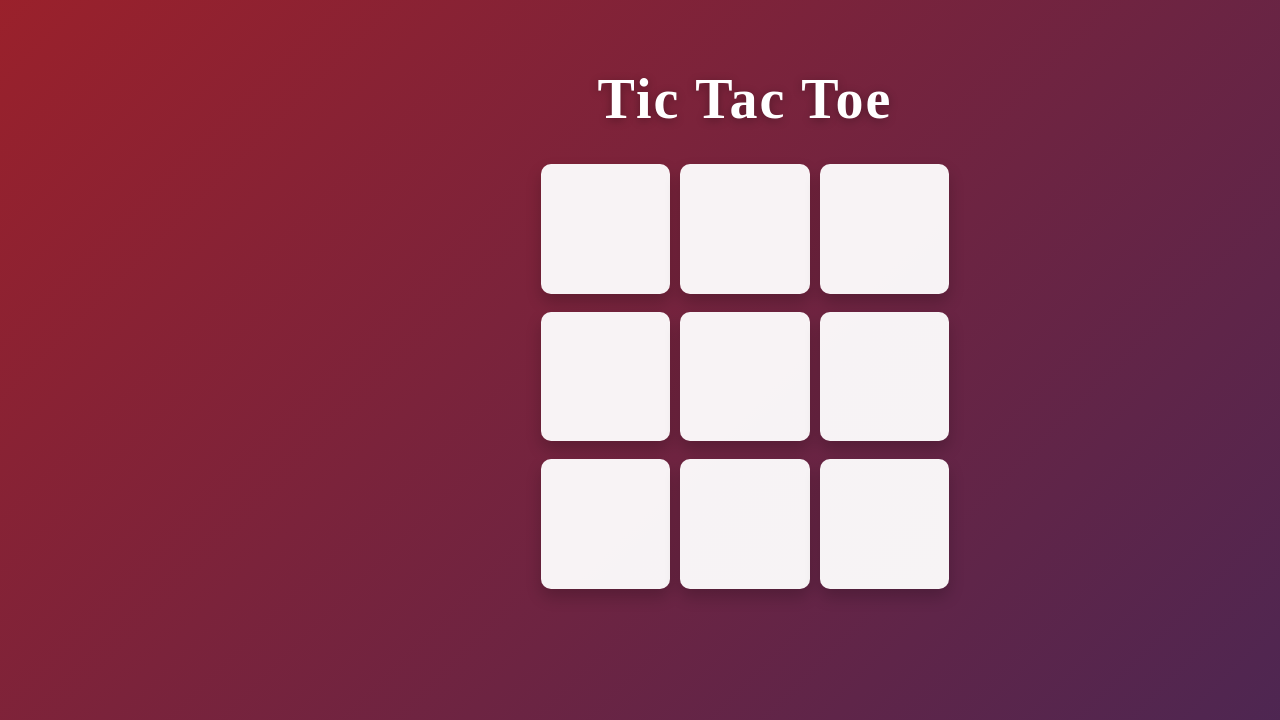
Repository: AreezAnsari/Tic-Tac-Toe
Page: Game/Game.html
These files come from the project's save history. The page is drawn as it stood at one moment and after the next save; the edit follows.
The browser window is 1280 px wide. The pictures show the whole page.

Above is the page before, as saved 2025-07-22 07:08:56.
Console error: TypeError: box.addEventListener is not a function

### Game/Game.html
<!DOCTYPE html>
<html lang="en">
<head>
    <meta charset="UTF-8">
    <meta name="viewport" content="width=device-width, initial-scale=1.0">
    <title>Document</title>
    <link rel="stylesheet" href="Game.css">
</head>
<body>
  <div class="msg-container hide">
    <p class="msg">Winner</p>
    <button class="new-btn">New Game</button>
  </div>

  <main>
    <div class="container">
      <h1>Tic Tac Toe</h1>

      <div class="game">
        <button class="box"></button>
        <button class="box"></button>
        <button class="box"></button>
        <button class="box"></button>
        <button class="box"></button>
        <button class="box"></button>
        <button class="box"></button>
        <button class="box"></button>
        <button class="box"></button>
      </div>

      <button class="reset-btn hide">Reset</button>
    </div>
  </main>

  <script src="Game.js"></script>
</body>

</html>

### Game/Game.css
* {
  margin: 0;
  padding: 0;
  box-sizing: border-box;
}

body {
    margin: 0;
    padding: 0;
    display: flex;
    align-items: center;
    justify-content: center;
    min-height: 100vh;
    background: linear-gradient(135deg, #1a2a6c, #b21f1f, #1a2a6c);
    background-size: 400% 400%;
    animation: gradientBG 15s ease infinite;
}

@keyframes gradientBG {
    0% { background-position: 0% 50%; }
    50% { background-position: 100% 50%; }
    100% { background-position: 0% 50%; }
}

h1 {
    color: #ffffff;
    margin: 10px 0 30px;
    font-size: 3.5rem;
    text-shadow: 0 2px 10px rgba(0,0,0,0.3);
    letter-spacing: 2px;
}

.container {
    margin-top: 30px; /* Controls top space */
    width: 100%;
    max-width: 600px;
    display: flex;
    flex-direction: column;
    align-items: center; /* ✅ This centers the inner content horizontally */
    justify-content: center;
}

.game {
    height: 60vmin;
    width: 60vmin;
    max-width: 500px;
    max-height: 500px;
    gap: 10px;
    display: flex;
    flex-wrap: wrap;
    align-items: center;
    justify-content: center;
    margin: 0 auto 30px;
    perspective: 1000px;
}

.box {
    background: rgba(255, 255, 255, 0.95);
    height: 18vmin;
    width: 18vmin;
    font-weight: bold;
    font-size: 5rem;
    border: none;
    border-radius: 10px;
    box-shadow: 0 8px 16px rgba(0, 0, 0, 0.2);
    cursor: pointer;
    transition: all 0.3s cubic-bezier(0.175, 0.885, 0.32, 1.275);
    color: #2c3e50;
    display: flex;
    align-items: center;
    justify-content: center;
}

.box:hover {
    transform: translateY(-5px) scale(1.05);
    box-shadow: 0 12px 20px rgba(0, 0, 0, 0.3);
    background: #ffffff;
}

.box:active {
    transform: scale(0.95);
}

.box.x {
    color: #e74c3c;
}

.box.o {
    color: #3498db;
}

.reset-btn, .new-btn {
    align-items: center;
    padding: 15px 30px;
    font-size: 1.1rem;
    font-weight: 600;
    background: rgba(255, 255, 255, 0.15);
    color: white;
    border: none;
    border-radius: 50px;
    cursor: pointer;
    transition: all 0.3s ease;
    backdrop-filter: blur(5px);
    box-shadow: 0 4px 15px rgba(0, 0, 0, 0.2);
    margin: 10px;
    min-width: 150px;
}

.reset-btn:hover, .new-btn:hover {
    background: rgba(255, 255, 255, 0.25);
    transform: translateY(-3px);
    box-shadow: 0 6px 20px rgba(0, 0, 0, 0.3);
}

.reset-btn:active, .new-btn:active {
    transform: translateY(1px);
}

.reset-btn {
    background: rgba(231, 76, 60, 0.7);
}

.reset-btn:hover {
    background: rgba(231, 76, 60, 0.9);
}

.new-btn {
    background: rgba(52, 152, 219, 0.7);
}

.new-btn:hover {
    background: rgba(52, 152, 219, 0.9);
}

.msg-container {
    height: auto;
    padding: 20px;
    background: rgba(255, 255, 255, 0.1);
    border-radius: 15px;
    backdrop-filter: blur(10px);
    box-shadow: 0 8px 32px rgba(0, 0, 0, 0.2);
    transition: all 0.5s ease;
    margin: 20px 0;
}

.msg {
    padding: 10px;
    font-size: 1.8rem;
    font-weight: 600;
    color: #ffffff;
    text-shadow: 0 2px 5px rgba(0,0,0,0.3);
}

.hide {
    opacity: 0;
    transform: translateY(-20px);
    pointer-events: none;
}

/* Add this for winning animation */
.box.win {
    animation: pulse 1.5s infinite;
    background: #2ecc71;
    color: white;
}

@keyframes pulse {
    0% { transform: scale(1); }
    50% { transform: scale(1.1); }
    100% { transform: scale(1); }
}

/* Responsive adjustments */
@media (max-width: 600px) {
    h1 {
        font-size: 2.5rem;
    }

    .game {
        height: 70vmin;
        width: 70vmin;
    }

    .box {
        height: 20vmin;
        width: 20vmin;
        font-size: 4rem;
    }

    .reset-btn, .new-btn {
        padding: 12px 25px;
        font-size: 1rem;
        width: 80%;
    }
}

### Game/Game.js
let box = document.querySelectorAll(".box");
let button = document.querySelector("button");
let container = document.querySelector(".container");

let value = "X";

const btn = () => {
  if (value === "X") {
    button.innerHTML = "Y";
    Value = "Y";
  } else {
    button.innerText = "X";
    Value = "X";
  }
};

box.addEventListener("click", btn);

After the next save:
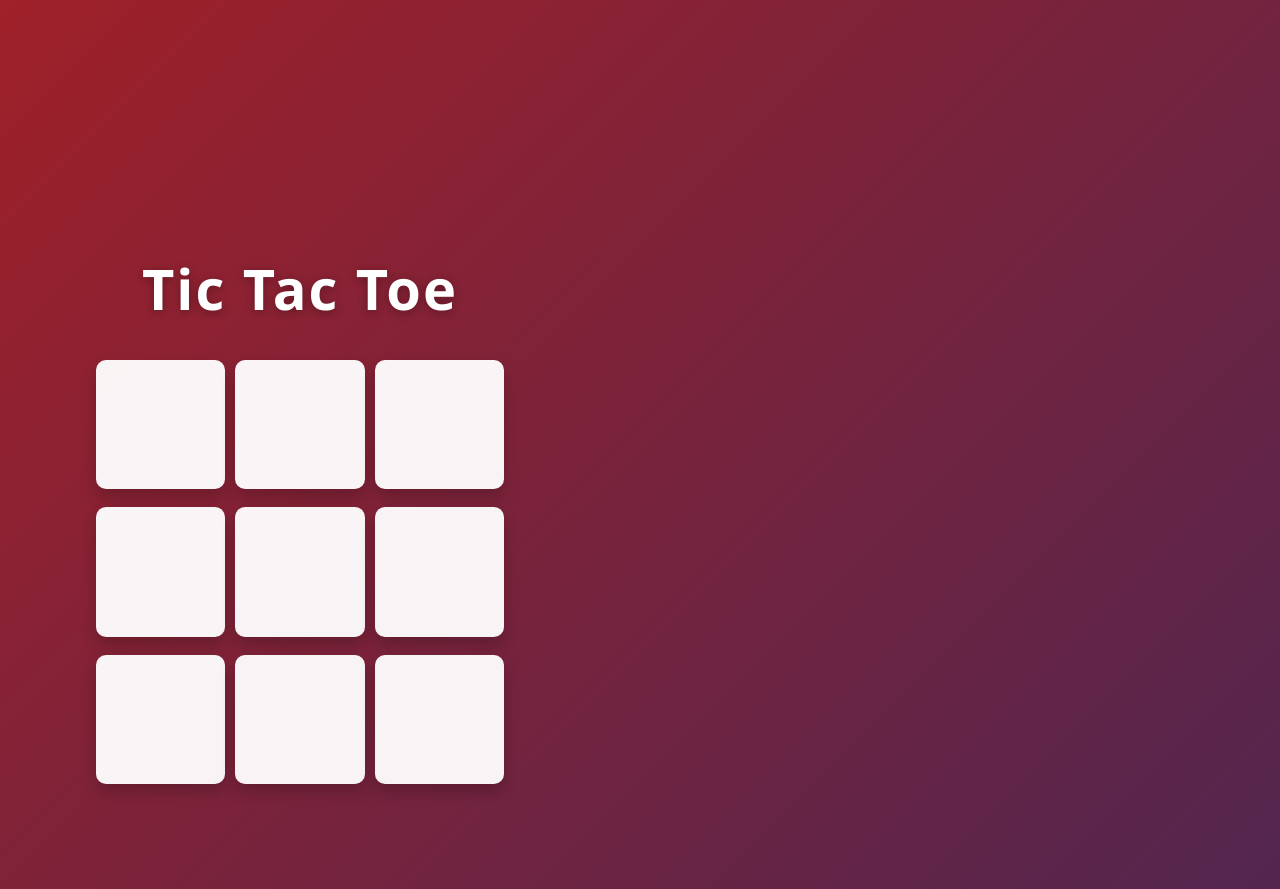
Saved 22 s later.
--- a/Game/Game.css
+++ b/Game/Game.css
@@ -5,15 +5,21 @@
 }
 
 body {
-    margin: 0;
-    padding: 0;
-    display: flex;
-    align-items: center;
-    justify-content: center;
-    min-height: 100vh;
+    text-align: center;
     background: linear-gradient(135deg, #1a2a6c, #b21f1f, #1a2a6c);
     background-size: 400% 400%;
     animation: gradientBG 15s ease infinite;
+    font-family: 'Segoe UI', Tahoma, Geneva, Verdana, sans-serif;
+
+    /* REMOVE THESE ↓↓↓ */
+    /* min-height: 100vh; */
+    /* display: flex; */
+    /* flex-direction: column; */
+    /* align-items: center; */
+    /* justify-content: center; */
+
+    padding: 20px 0 0; /* Top padding only */
+    color: #ffffff;
 }
 
 @keyframes gradientBG {
